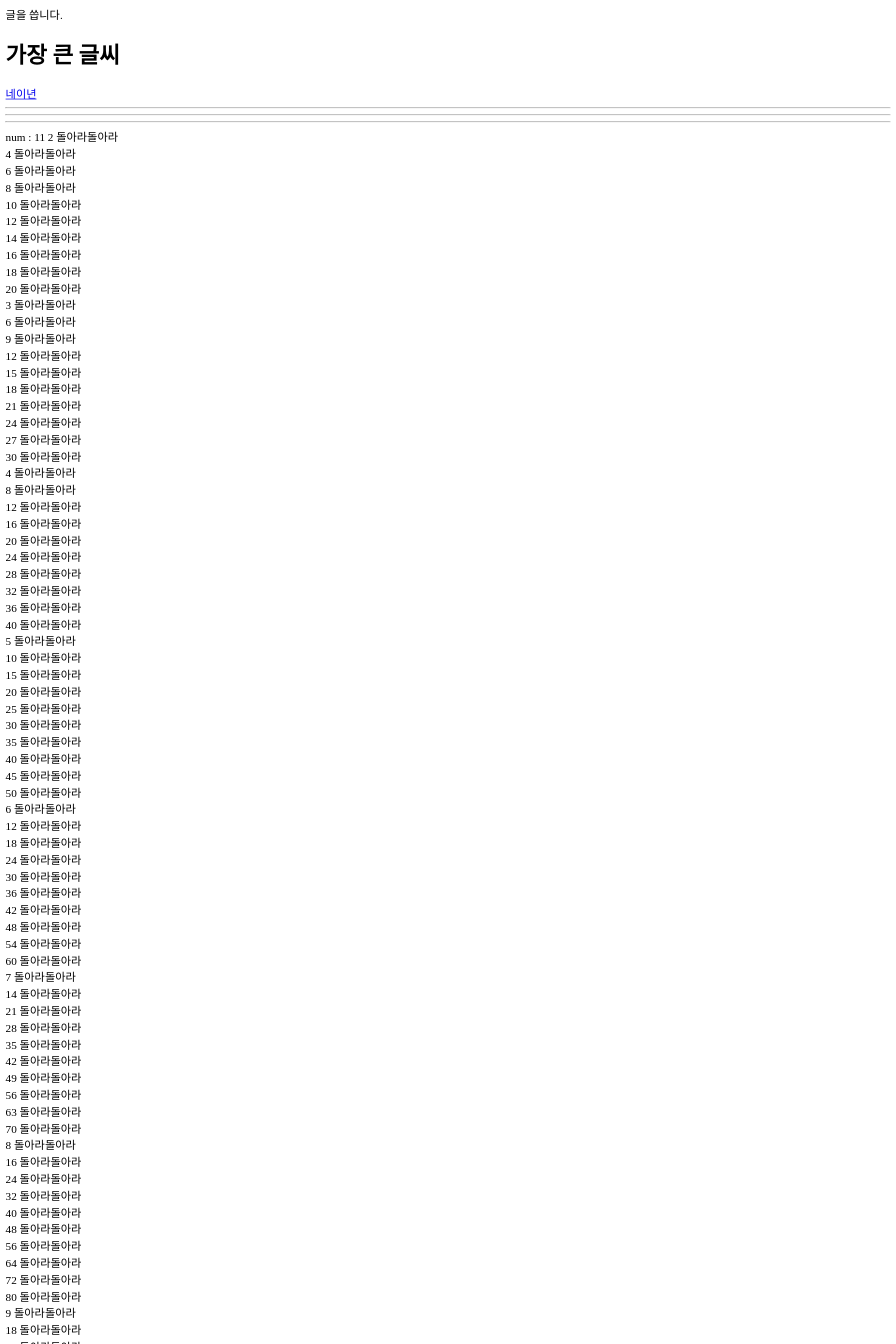
Repository: popll1/Pleiades
Page: http://localhost/jun261/
These files come from the project's save history. The page is drawn as it stood at one moment and after the next save; the edit follows.
The browser window is 1280 px wide. The pictures show the part of the page from y = 0 to 1920 px (the page is 2591 px tall before and 1991 px after), at 70% of full size.
The page is served by Tomcat 9.

Above is the page before, as saved 2023-06-26 05:31:15.

After the next save:
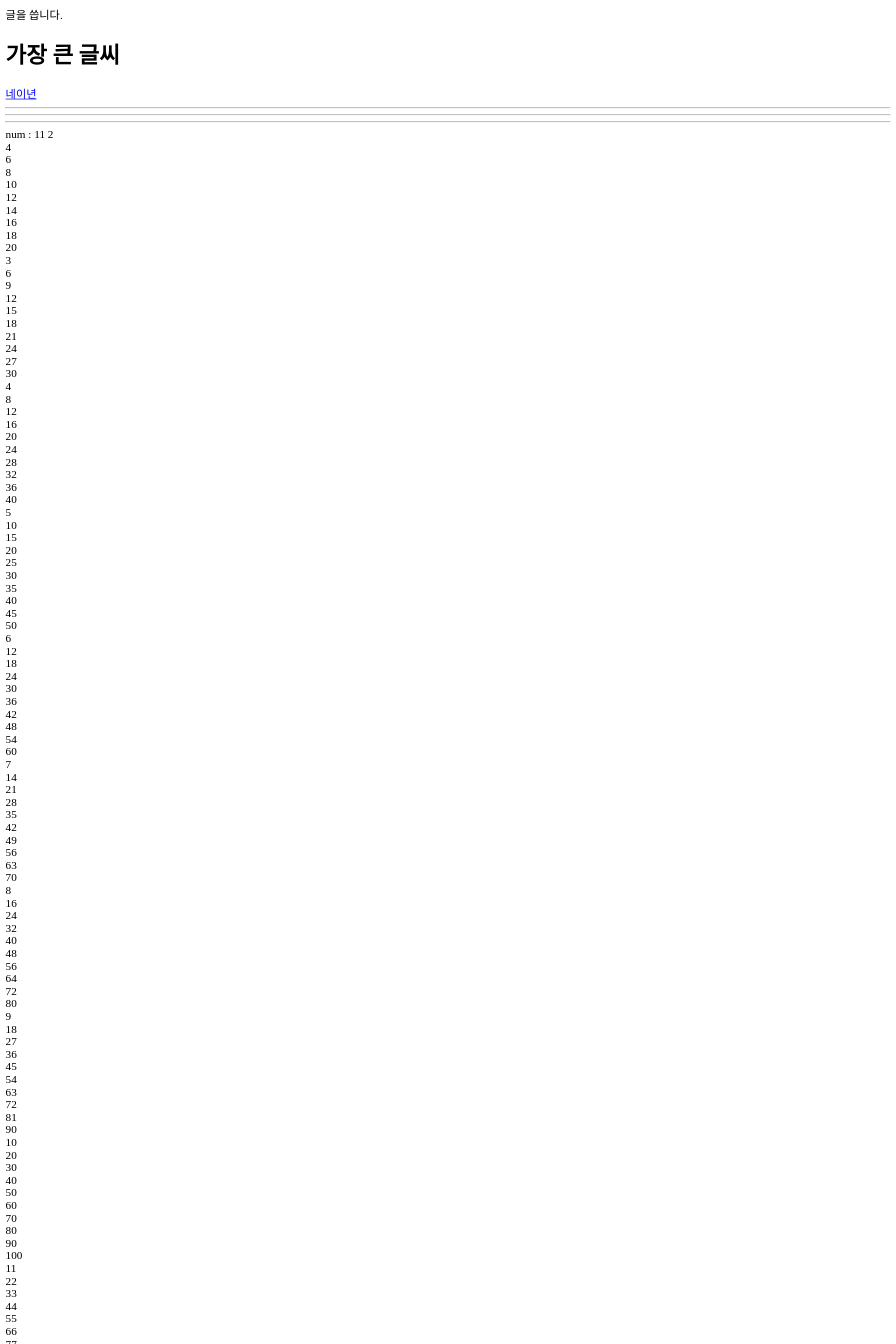
Saved 51 s later.
--- a/jun261/src/main/webapp/index.jsp
+++ b/jun261/src/main/webapp/index.jsp
@@ -23,7 +23,7 @@
 	for(int i = 2 ; i < 12; i++){
 	for(int j = 1 ; j < 11; j++){
 %>
-       <%= i * j %>  돌아라돌아라 <br>
+       <%= i * j %>   <br>
 <%
 }
 	}
